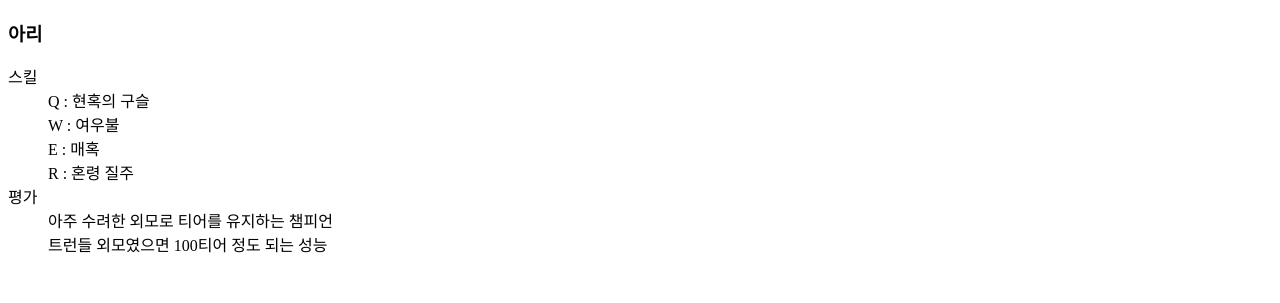
Repository: heeyeon0605/Web_study
Page: HTML_CSS_Javascript/workplace/day04/WebContent/WEB-INF/3_definition.html
These files come from the project's save history. The page is drawn as it stood at one moment and after the next save; the edit follows.
The browser window is 1280 px wide. The pictures show the whole page.

Above is the page before, as saved 2021-11-17 11:37:29.

### HTML_CSS_Javascript/workplace/day04/WebContent/WEB-INF/3_definition.html
<!DOCTYPE html>
<html>
<head>
<meta charset="UTF-8">
<title>3_definition</title>
</head>
<body>
	<h3>아리</h3>
		<dl>
			<dt>스킬</dt>
			<dd>Q : 현혹의 구슬</dd>
			<dd>W : 여우불</dd>
			<dd>E : 매혹</dd>
			<dd>R : 혼령 질주</dd>

			<dt>평가</dt>
			<dd>아주 수려한 외모로 티어를 유지하는 챔피언</dd>
			<dd>트런들 외모였으면 100티어 정도 되는 성능</dd>
		</dl>
</body>
</html>

After the next save:
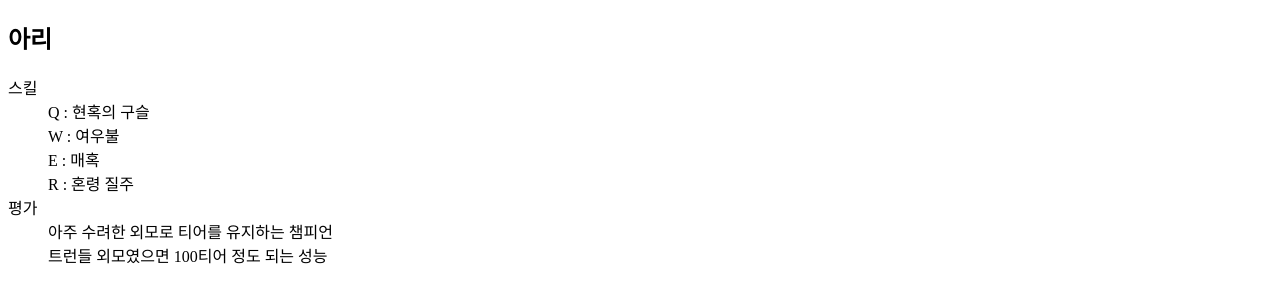
Saved 53 s later.
--- a/HTML_CSS_Javascript/workplace/day04/WebContent/WEB-INF/3_definition.html
+++ b/HTML_CSS_Javascript/workplace/day04/WebContent/WEB-INF/3_definition.html
@@ -5,17 +5,17 @@
 <title>3_definition</title>
 </head>
 <body>
-	<h3>아리</h3>
-		<dl>
-			<dt>스킬</dt>
-			<dd>Q : 현혹의 구슬</dd>
-			<dd>W : 여우불</dd>
-			<dd>E : 매혹</dd>
-			<dd>R : 혼령 질주</dd>
+	<h2>아리</h2>
+	<dl>
+		<dt>스킬</dt>
+		<dd>Q : 현혹의 구슬</dd>
+		<dd>W : 여우불</dd>
+		<dd>E : 매혹</dd>
+		<dd>R : 혼령 질주</dd>
 
-			<dt>평가</dt>
-			<dd>아주 수려한 외모로 티어를 유지하는 챔피언</dd>
-			<dd>트런들 외모였으면 100티어 정도 되는 성능</dd>
-		</dl>
+		<dt>평가</dt>
+		<dd>아주 수려한 외모로 티어를 유지하는 챔피언</dd>
+		<dd>트런들 외모였으면 100티어 정도 되는 성능</dd>
+	</dl>
 </body>
 </html>
